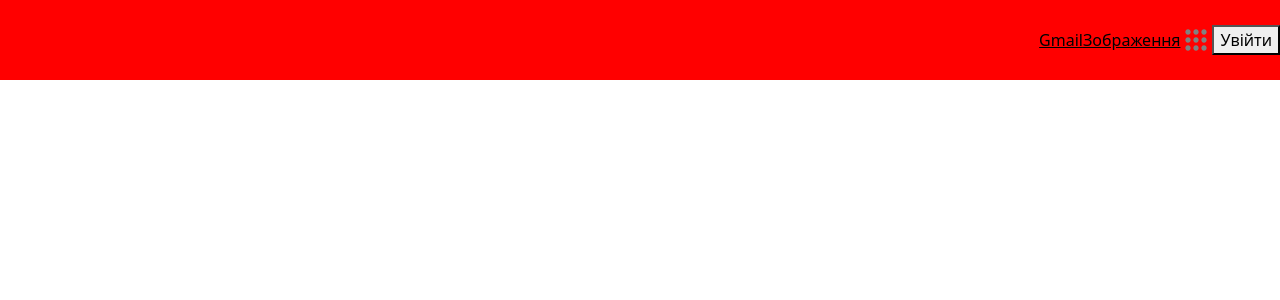
Repository: AndreyMykulych/testwork
Page: index.html
The author's editor kept a copy of each file at every save. The page is drawn from the files as they stood at one save, then again after the next save.
The browser window is 1280 px wide. The pictures show the whole page.

Above is the page before, as saved 2023-07-05 00:00:53.

After the next save:
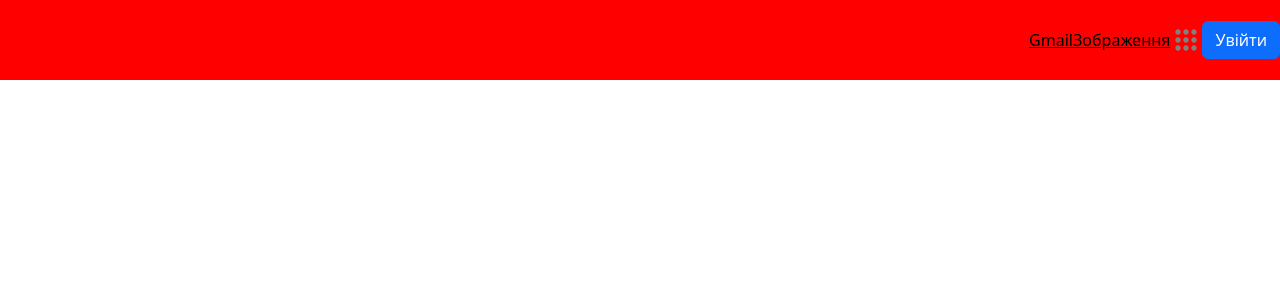
Saved 16 s later.
--- a/index.html
+++ b/index.html
@@ -29,7 +29,7 @@
 
                     </path></svg>
              </a>
-             <button type="primary" >Увійти</button>
+             <button type="primary" class="btn btn-primary" >Увійти</button>
             </header>
         <main>
 
